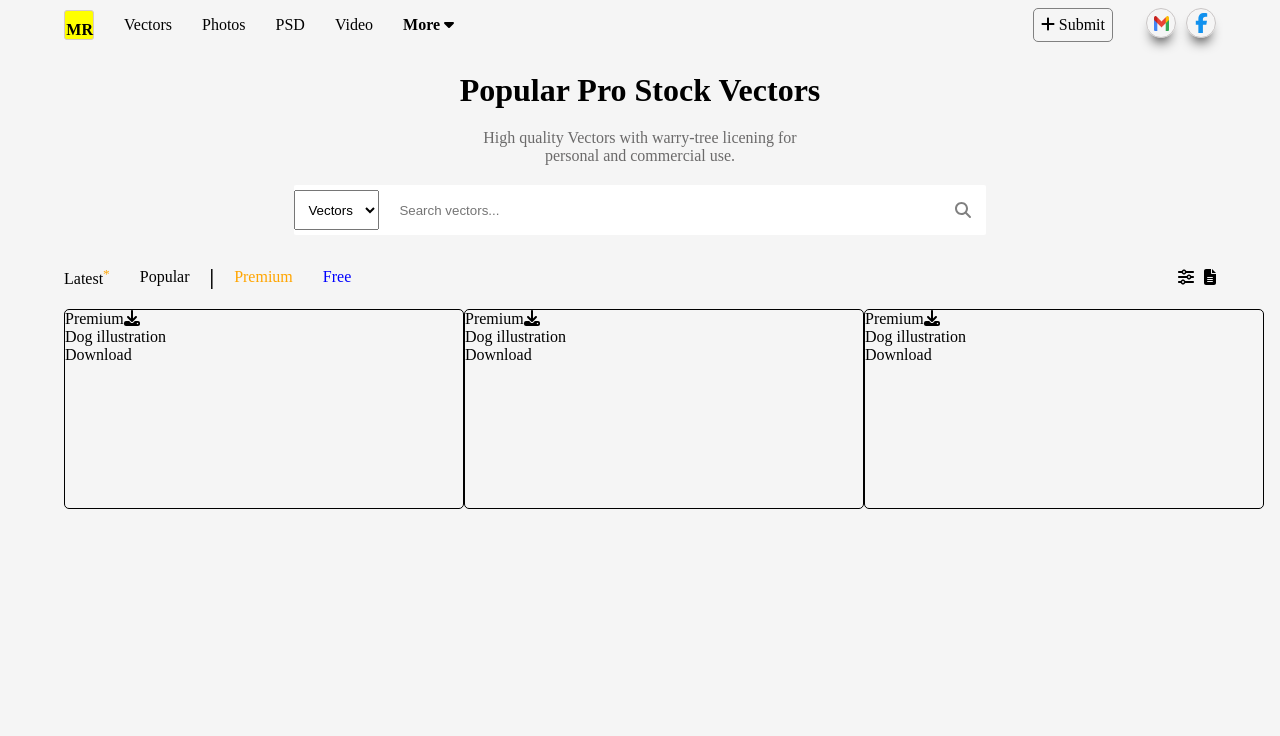
Repository: kegbaDev/VectorTemplate
Page: /
The author's editor kept a copy of each file at every save. The page is drawn from the files as they stood at one save, then again after the next save.
The browser window is 1280 px wide. The pictures show the whole page.
The project was rebuilt for these pictures with package versions that can differ from the ones it lists, and the page was loaded fresh each time. Also part of the build but not shown: vite.config.js.

Above is the page before, as saved 2023-04-11 23:48:12.

### index.html
<!DOCTYPE html>
<html lang="en">
  <head>
    <meta charset="UTF-8" />
    <link rel="icon" href="/favicon.ico" />
    <meta name="viewport" content="width=device-width, initial-scale=1.0" />
    <title>Vite App</title>
  </head>
  <body style="background-color: rgb(245, 245, 245)">
    <div id="app"></div>
    <script type="module" src="/src/main.js"></script>
  </body>
</html>

### src/main.js
import { createApp } from 'vue'
import App from './App.vue'

// fontawesome importation
import '@fortawesome/fontawesome-free/css/all.css'
import '@fortawesome/fontawesome-free/js/all.js'

createApp(App).mount('#app')

### src/App.vue
<template>
<div class="wrapper">
  <div class="navbar">
    <div class="left">
      <div class="logo">MR</div>
      <ul>
        <li>Vectors</li>
        <li>Photos</li>
        <li>PSD</li>
        <li>Video</li>
        <li><span class="more" >More</span><i class="fa-solid fa-caret-down"></i></li>
      </ul>
    </div>
    <div class="right">
      <div class="submit">
        <i class="fa-solid fa-plus"></i>
        Submit
      </div>
      <div class="logo_collection">
        <div class="logo_card">
          <img src="./assets/gmail-logo-16.png" alt="google-icon" width="15px" height="15px">
        </div>
        <div class="logo_card">
          <i class="fa-brands fa-facebook-f" style="color: #1191ee; width: 25px;height: 20px;"></i>
        </div>
      </div>
    </div>
  </div>


  <!-- Second component -->


  <div class="text_section">
    <h1 class="title">Popular Pro Stock Vectors</h1>
    <p class="paragraph">
      High quality Vectors with warry-tree licening for <br>
      personal and commercial use.
    </p>
    <div class="input_card">
      <select name="" id="">
        <option value="value1">Vectors</option>
        <option value="value2">Vectors</option>
      </select>
      <input type="text" placeholder="Search vectors... ">
      <i class="fa-solid fa-magnifying-glass" style="color: grey; margin-right: 15px;"></i>
    </div>
  </div>

  <!-- Third component -->

  <div class="row">
    <div class="left-row">
      <ul>
        <li>Latest<sup style="color:orange">*</sup></li>
        <li>Popular</li>
      </ul>
      <span class="pipe">
        |
      </span>
      <ul>
        <li style="color:orange">Premium</li>
        <li style="color:blue">Free</li>
      </ul>
    </div>
    <div class="right-row">
      <i class="fa-solid fa-sliders"></i>
      <i class="fa-solid fa-file-lines"></i>
    </div>
  </div>

  <!-- Fourth component  -->

  <div class="card_content">
    <div class="main_card">
      <div class="image_and_text_space">
        Premium<i class="fa-solid fa-download"></i>
      </div>
      <p>Dog illustration</p>
      <p>Download</p>
    </div>
    <div class="main_card">
      <div class="image_and_text_space">
        Premium<i class="fa-solid fa-download"></i>
      </div>
      <p>Dog illustration</p>
      <p>Download</p>
    </div>
    <div class="main_card">
      <div class="image_and_text_space">
        Premium<i class="fa-solid fa-download"></i>
      </div>
      <p>Dog illustration</p>
      <p>Download</p>
    </div>
  </div>
</div>




</template>

<script setup>

</script>


<style scoped>
.wrapper{
  height: 100vh;
  width: 90vw;
  margin:auto;
}
*{
  padding: 0px;
  margin: 0px;
  box-sizing: border-box;
}
.left{
  display: flex;
  align-items: center;
}

ul{
  list-style: none;
  display: flex;
  gap: 30px;
  margin-left: 30px;
}
.more{
  font-weight: bolder;
  padding-right: 4px;
}
.logo{
  width: 30px;
  height: 30px;
  border: 1px solid rgb(214, 201, 201);
  background-color: yellow;
  font-weight: bolder;
  display: flex;
  justify-content: end;
  align-items: end;
  border-radius: 3px;
}
.navbar{
  display: flex;
  justify-content: space-between;
}
.right{
  display: flex;
  gap: 3px;
}
.submit{
  border: 1px solid gray;
  padding: 7px;
  margin-right: 30px;
  border-radius: 5px;
  background-color: rgba(234, 233, 233, 0.03);
}
.logo_collection{
  display: flex;
  gap: 10px;
}
.logo_card{
  width: 30px;
  height: 30px;
  border: 1px solid black;
  display: flex;
  align-items: center;
  justify-content: center;
  border-radius: 50%;
  border-color: rgb(202, 198, 198);
  -webkit-box-shadow: 0px 10px 13px -7px #000000, -2px -2px 15px 6px rgba(26,17,18,0);
  box-shadow: 0px 10px 13px -7px #000000, -2px -2px 15px 6px rgba(26,17,18,0);
}

/* Second composant */

.text_section{
  margin: 30px auto;
  text-align: center;
}
.title{
  margin-bottom: 20px;
}
.paragraph{
  margin-bottom: 20px;
  color: rgb(107, 106, 106);
}
.input_card{
  width: 60%;
  height: 50px;
  background-color: white;
  margin: auto;
  display: flex;
  align-items: center;
  border-radius: 2px;
}
input{
  width: 100%;
  padding-left: 20px;
  border: none;
}
input, select{
  height: 40px;
}
select{
  padding: 9px;
}

/* Third component */
.row{
  display: flex;
  justify-content: space-between;
  margin-bottom: 20px;
}
.left-row ul{
  margin: 0px;
  padding: 0px;
  display: flex;
  align-items: center;
}
.left-row, .right-row{
  display: flex;
  align-items: center;
}
.pipe{
  margin: 0px 20px;
}

.pipe{
  font-weight: bolder;
  font-size: 1.3em;
}
.right-row{
  gap: 10px;
}

/* Fourth component */

.card_content{
  display: flex;
  justify-content: space-between;
}
.main_card{
  min-width: 400px;
  min-height: 200px;
  border: 1px solid black;
  border-radius: 5px;
}


</style>

After the next save:
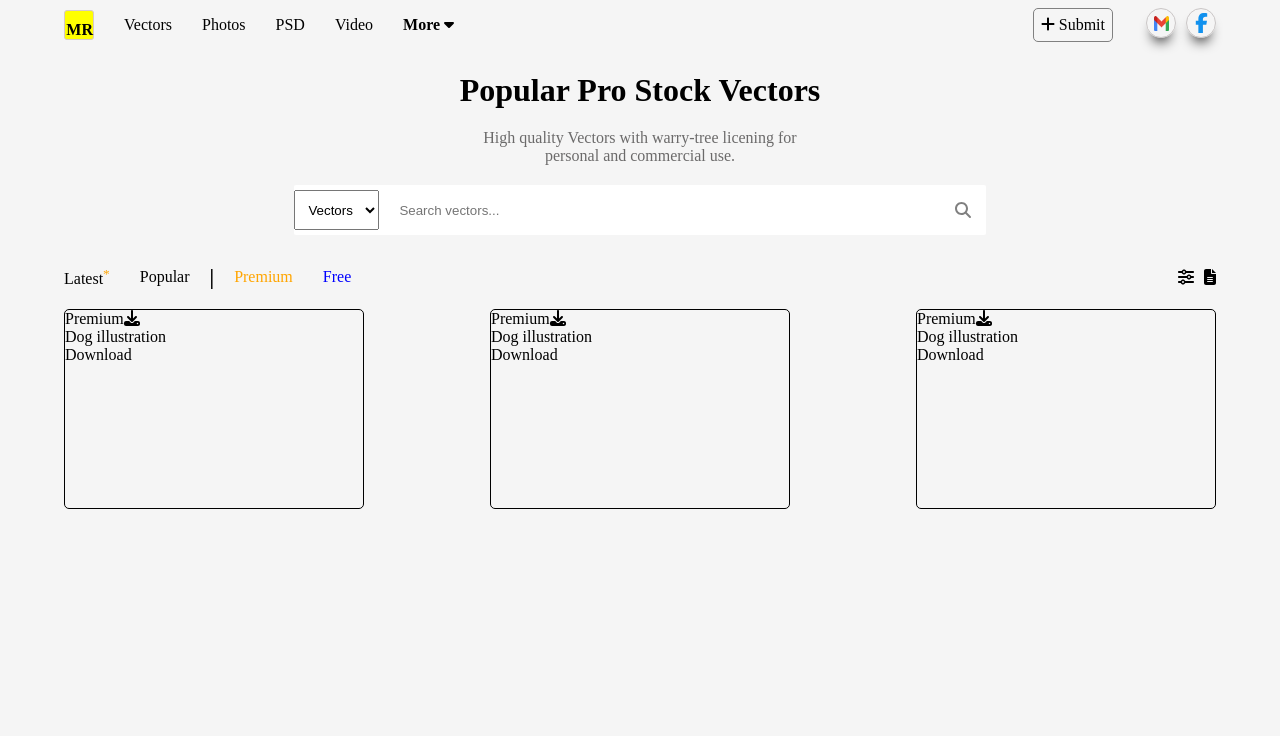
Saved 15 s later.
--- a/src/App.vue
+++ b/src/App.vue
@@ -244,7 +244,7 @@ select{
   justify-content: space-between;
 }
 .main_card{
-  min-width: 400px;
+  min-width: 300px;
   min-height: 200px;
   border: 1px solid black;
   border-radius: 5px;
